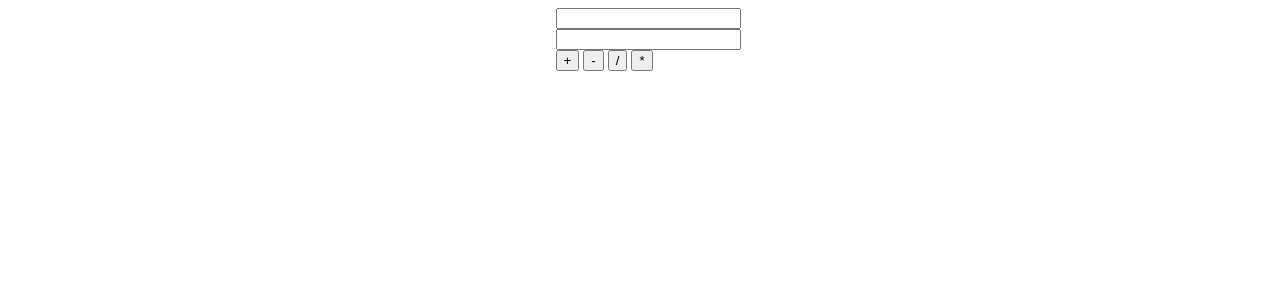
Repository: sajithmadushanka/simple-calculator-using-jsp
Page: http://localhost/simple_calculator/
These files come from the project's save history. The page is drawn as it stood at one moment and after the next save; the edit follows.
The browser window is 1280 px wide. The page is 1288 px wide, so the pictures cover 1288 px, including what lies to the right of the window. The pictures show the whole page.
The page is served by Tomcat 9. Other server files are loaded and not shown.

Above is the page before, as saved 2023-09-19 09:08:04.

### simple_calculator/WebContent/index.jsp
<%@ page language="java" contentType="text/html; charset=ISO-8859-1"
    pageEncoding="ISO-8859-1"%>
<!DOCTYPE html>
<html>
<head>
<meta charset="ISO-8859-1">
<title>simple calculator</title>
<style>
	.main{
			backgroundcolor : red;
			width :100vw;
			display: flex;
		    justify-content: center;
		}
</style>
</head>
<body>
	<div class ="main">
		<form>
			<input type="number" name = "no1"> <br>
			<input type="number" name = "no2"> <br>
			<input type = "button" name = "+" value= "+">
			<input type = "button" name = "-" value= "-">
			<input type = "button" name = "/" value= "/">
			<input type = "button" name = "*" value= "*">
		</form>
	</div>
</body>
</html>

After the next save:
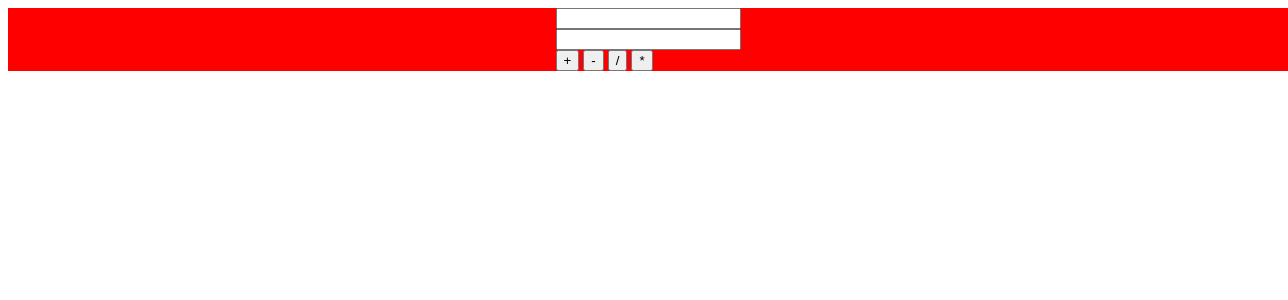
Saved 30 s later.
--- a/simple_calculator/WebContent/index.jsp
+++ b/simple_calculator/WebContent/index.jsp
@@ -7,7 +7,7 @@
 <title>simple calculator</title>
 <style>
 	.main{
-			backgroundcolor : red;
+			background-color : red;
 			width :100vw;
 			display: flex;
 		    justify-content: center;
